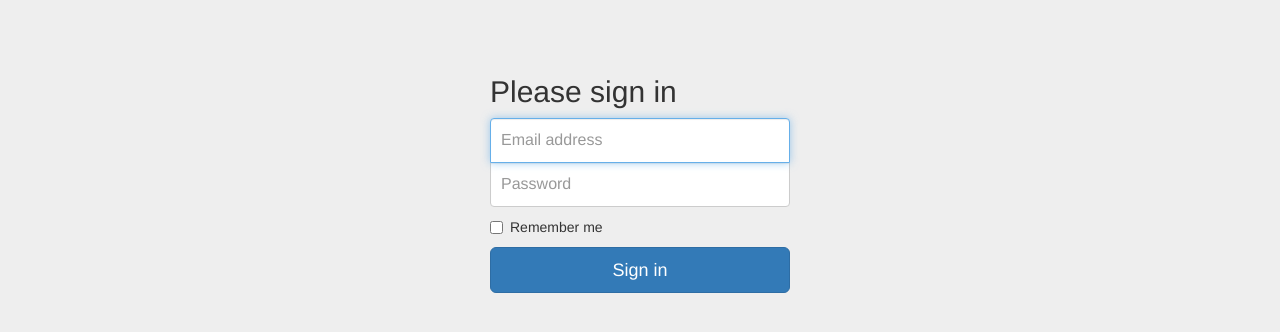
Repository: chaice/code
Page: http://localhost/web6/
An editor plug-in stored every save of this project. The page is shown before and after the next save, followed by the edit.
The browser window is 1280 px wide. The pictures show the whole page.
The page is served by Tomcat 9.

Above is the page before, as saved 2016-06-01 08:32:14.

After the next save:
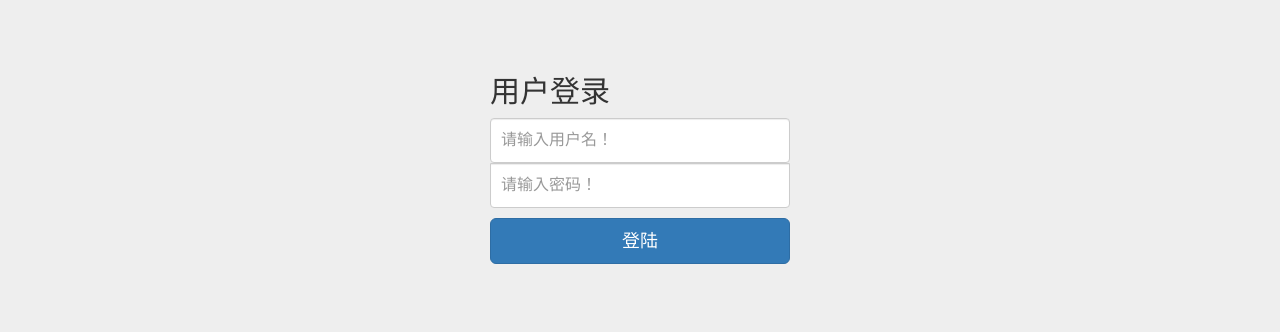
Saved 110 s later.
--- a/web6/WebContent/index.jsp
+++ b/web6/WebContent/index.jsp
@@ -52,17 +52,12 @@
   <body>
     <div class="container">
       <form class="form-signin">
-        <h2 class="form-signin-heading">Please sign in</h2>
-        <label for="inputEmail" class="sr-only">Email address</label>
-        <input type="email" id="inputEmail" class="form-control" placeholder="Email address" required autofocus>
-        <label for="inputPassword" class="sr-only">Password</label>
-        <input type="password" id="inputPassword" class="form-control" placeholder="Password" required>
-        <div class="checkbox">
-          <label>
-            <input type="checkbox" value="remember-me"> Remember me
-          </label>
-        </div>
-        <button class="btn btn-lg btn-primary btn-block" type="submit">Sign in</button>
+        <h2 class="form-signin-heading">用户登录</h2>
+        <label for="inputEmail" class="sr-only">用户名</label>
+        <input type="text" id="inputEmail" class="form-control" name="name" placeholder="请输入用户名！">
+        <label for="inputPassword" class="sr-only">密码</label>
+        <input type="password" id="inputPassword" class="form-control" placeholder="请输入密码！">
+        <button class="btn btn-lg btn-primary btn-block" type="submit">登陆</button>
       </form>
     </div>
 </body>
